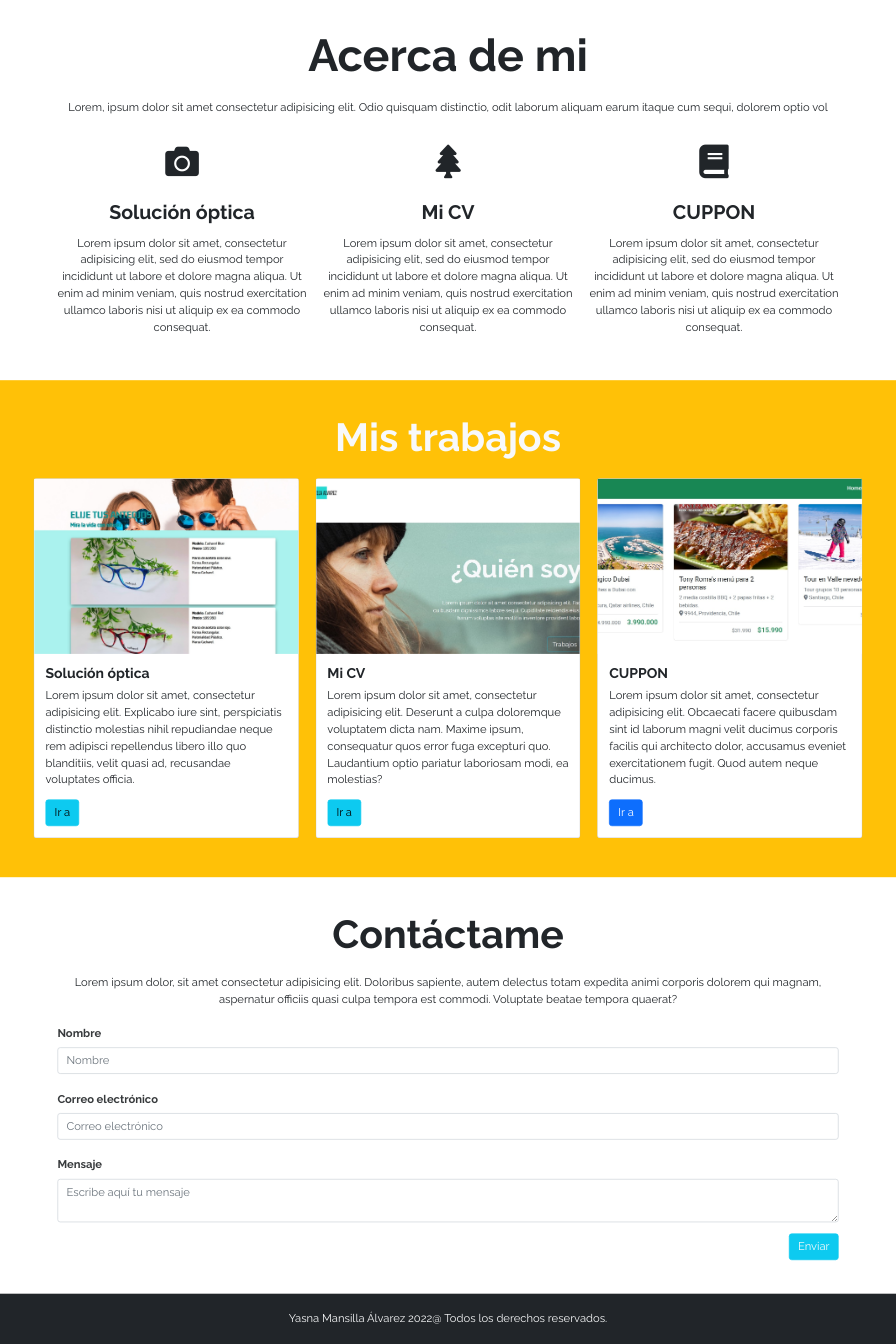
Repository: Yasna2112/Portafolio-final
Page: index.html
The author's editor kept a copy of each file at every save. The page is drawn from the files as they stood at one save, then again after the next save.
The browser window is 1280 px wide. The pictures show the part of the page from y = 703 to 2623 px (the page is 2623 px tall), at 70% of full size.
Some web libraries are served in a nearby version.

Above is the page before, as saved 2022-07-23 07:46:03.

After the next save:
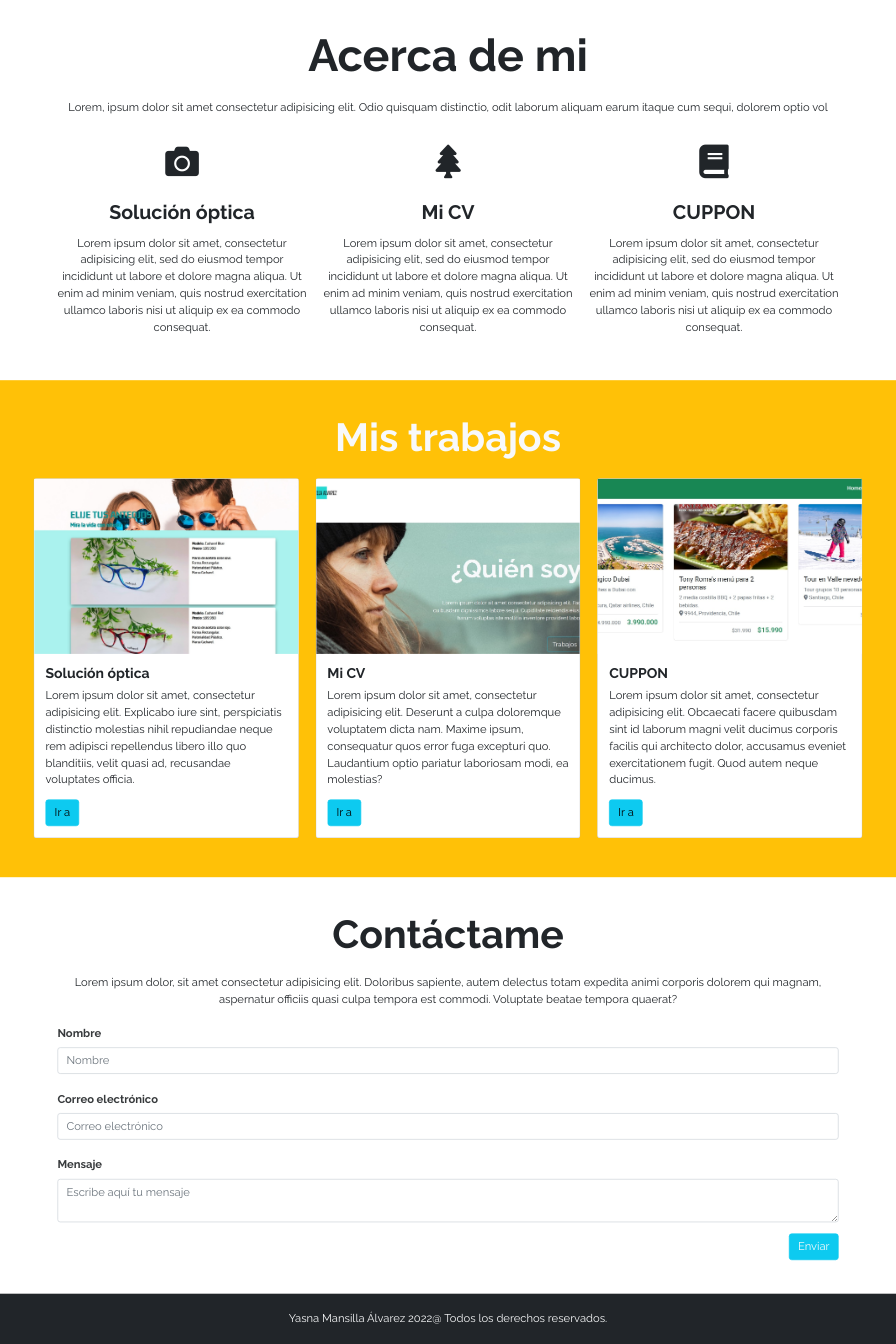
Saved 13 s later.
--- a/index.html
+++ b/index.html
@@ -159,7 +159,7 @@
                             corporis facilis qui architecto dolor, accusamus eveniet
                             exercitationem fugit. Quod autem neque ducimus.
                         </p>
-                        <a href="https://github.com/Yasna2112/Portafolio_CUPPON" class="btn btn-primary enabled" tabindex="-1" role="button"
+                        <a href="https://github.com/Yasna2112/Portafolio_CUPPON" class="btn btn-info enabled" tabindex="-1" role="button"
                         aria-disabled="true">Ir a</a>
                     </div>
                 </div>
